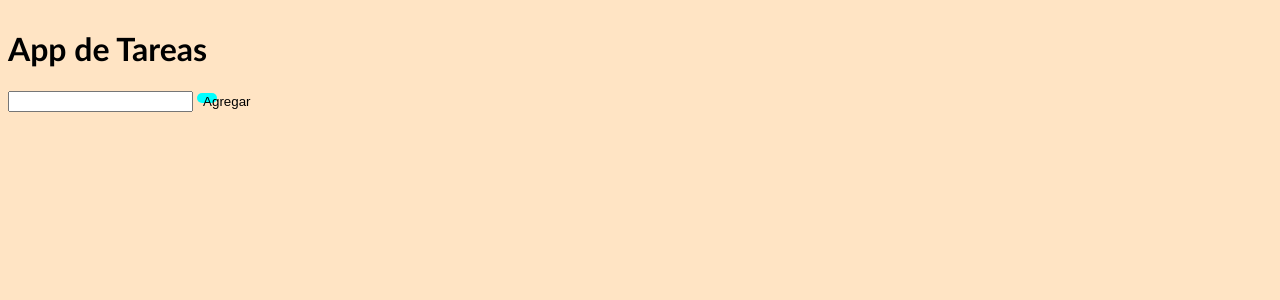
Repository: Kevin8548/Ejercicios-DOM
Page: todoapp/index.html
These files come from the project's save history. The page is drawn as it stood at one moment and after the next save; the edit follows.
The browser window is 1280 px wide. The pictures show the whole page.

Above is the page before, as saved 2024-10-09 13:57:06.

### todoapp/index.html
<!DOCTYPE html>
<html lang="en">
<head>
    <meta charset="UTF-8">
    <meta name="viewport" content="width=device-width, initial-scale=1.0">
    <title>App de tareas</title>
    <link rel="stylesheet" href="./style.css">
</head>
<body>
    <div class="container">
        <div class="form">
            <h1>App de Tareas</h1>
            <form id="form">
                <input type="text" name="" id="inputtarea">
                <button>Agregar</button>
            </form>
        </div>
        <div class="tareas"></div>
    </div>
    <script src="./app.js"></script>
</body>
</html>

### todoapp/style.css
.alert{
    width: 75%;
    padding: 10px;
    border-radius: 10px;
    display: flex;
    justify-content: space-around;
    float: right;
}

.red{
    border: 2px solid red;
    background-color: rgb(240, 165, 165);
}

.yellow{
    border: 2px solid rgb(246,246,21);
    background-color: rgb(243,243,173);
}

.green{
    border: 2px solid green;
    background-color: rgb(179,238,179);
}

.form{
    float: left;
    align-items: center;
}

body{
    background-color: bisque;
    font-family: 'Gill Sans', 'Gill Sans MT', Calibri, 'Trebuchet MS', sans-serif;
}

button{
    background-color: aqua;
    border: 10px;
    border-radius: 5px;
    width: 20px;
    height: 10px;
}

### todoapp/app.js
const tareasDiv = document.querySelector('.tareas');
const myForm = document.querySelector('#form');
const inputTarea = document.querySelector('#inputtarea');

const addTarea = () => {
    const tarea = inputTarea.value;
    tareasDiv.appendChild(creaObjeto(tarea));
    inputTarea.value = ''
}

const eliminaObjeto = e => {
    const button = e.target;
    const papa = button.parentElement;
    papa.remove();
}


const changeColor = e=> {
    const myDiv = e.target;
    if(myDiv.classList.contains('red')){
        myDiv.classList.remove('red');
        myDiv.classList.add('yellow');
    }
    else if (myDiv.classList.contains('yellow')){
        myDiv.classList.remove('yellow');
        myDiv.classList.add('green')
    }
}

const creaObjeto = (tarea) => {
    const div = document.createElement('div');
    const p = document.createElement('p');
    p.innerText = tarea;
    const button = document.createElement('button')
    button.innerText= 'Eliminar';
    button.addEventListener('click', eliminaObjeto)
    div.appendChild(p);
    div.appendChild(button);


    div.classList.add('alert');
    div.classList.add('red');
    div.addEventListener('click', changeColor)


    return div;
}



myForm.addEventListener('submit', e => {
    e.preventDefault();
    addTarea();
});

After the next save:
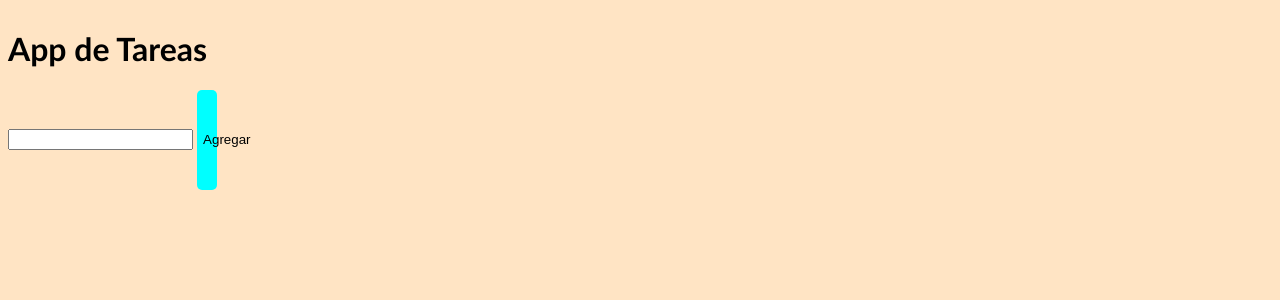
Saved 4 s later.
--- a/todoapp/style.css
+++ b/todoapp/style.css
@@ -37,5 +37,5 @@
     border: 10px;
     border-radius: 5px;
     width: 20px;
-    height: 10px;
+    height: 100px;
 }

After the save that followed:
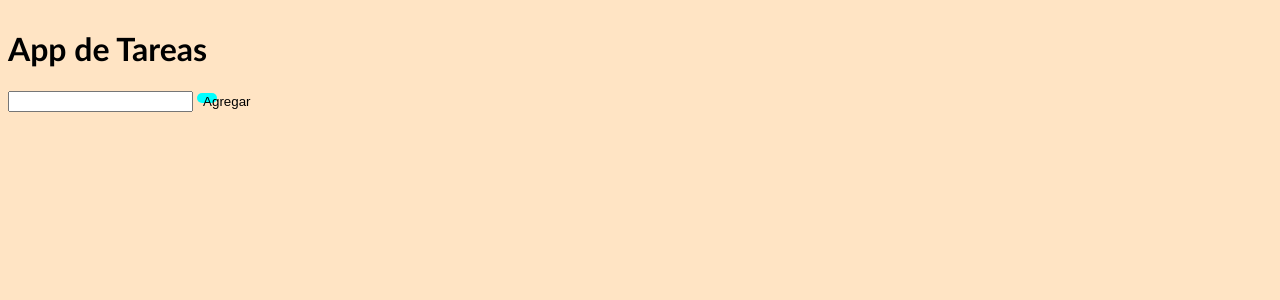
Saved 4 s later.
--- a/todoapp/style.css
+++ b/todoapp/style.css
@@ -37,5 +37,5 @@
     border: 10px;
     border-radius: 5px;
     width: 20px;
-    height: 100px;
+    height: 10px;
 }
